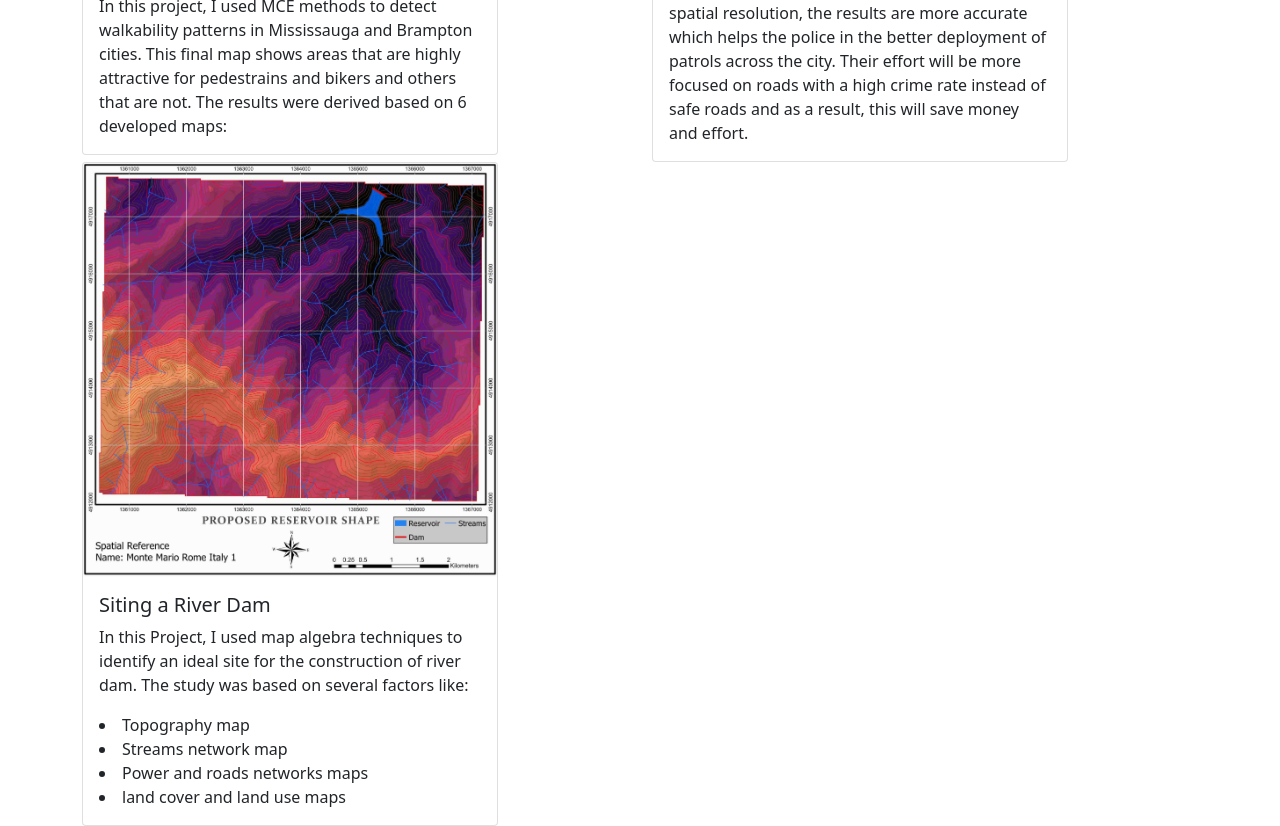
Repository: Mostafa-Asaad/Portfolio-Authentication
Page: http://localhost/projects
An editor plug-in stored every save of this project. The page is shown before and after the next save, followed by the edit.
The browser window is 1280 px wide. The pictures show the part of the page from y = 802 to 1652 px (the page is 1628 px tall before and 1652 px after).
The page is served by the project's Node server (index.js).

Above is the page before, as saved 2021-06-18 04:35:45.

After the next save:
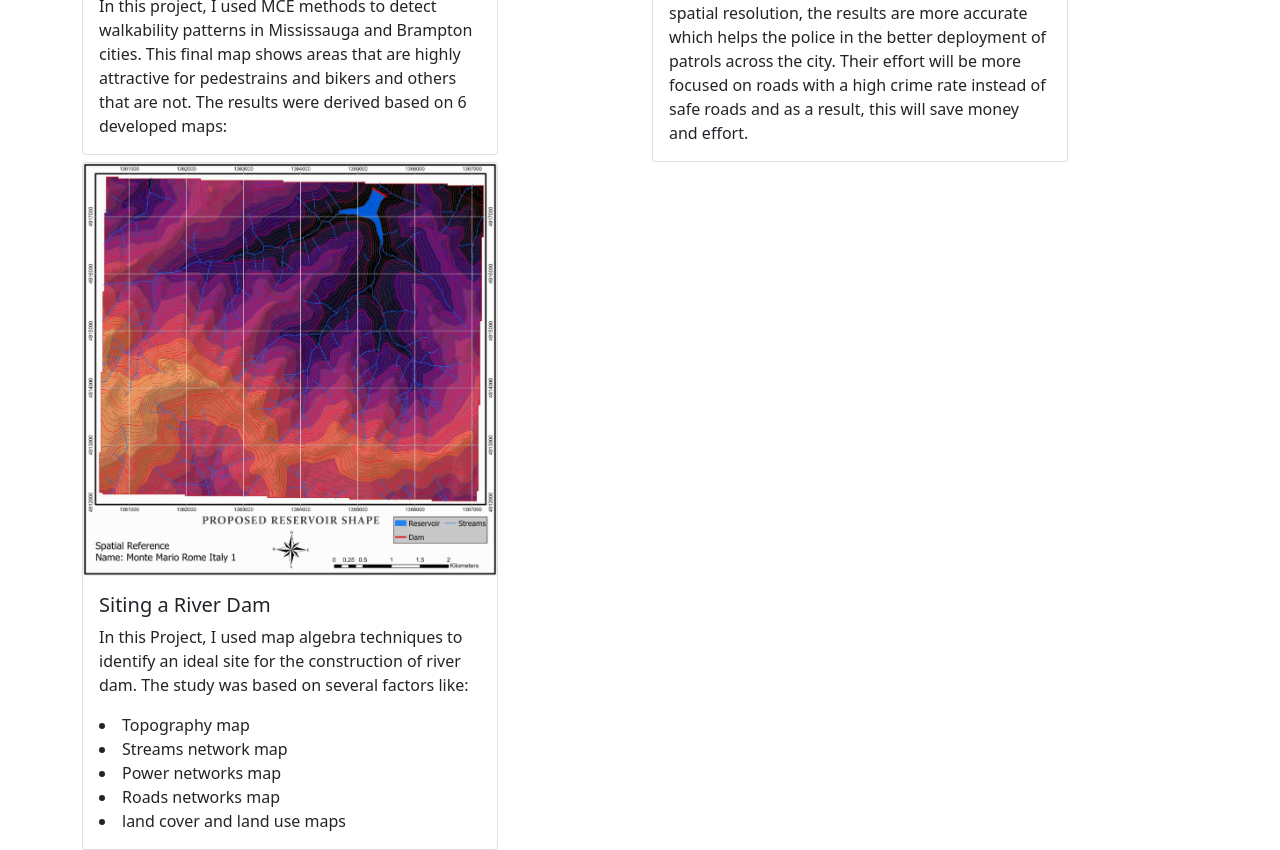
Saved 33 s later.
--- a/Server/Views/content/projects.ejs
+++ b/Server/Views/content/projects.ejs
@@ -59,7 +59,8 @@
                                     The study was based on several factors like:</p>
                                     <li>Topography map</li>
                                     <li>Streams network map</li>
-                                    <li>Power and roads networks maps</li>
+                                    <li>Power networks map</li>
+                                    <li>Roads networks map</li>
                                     <li>land cover and land use maps</li>
 
                                 </div>
